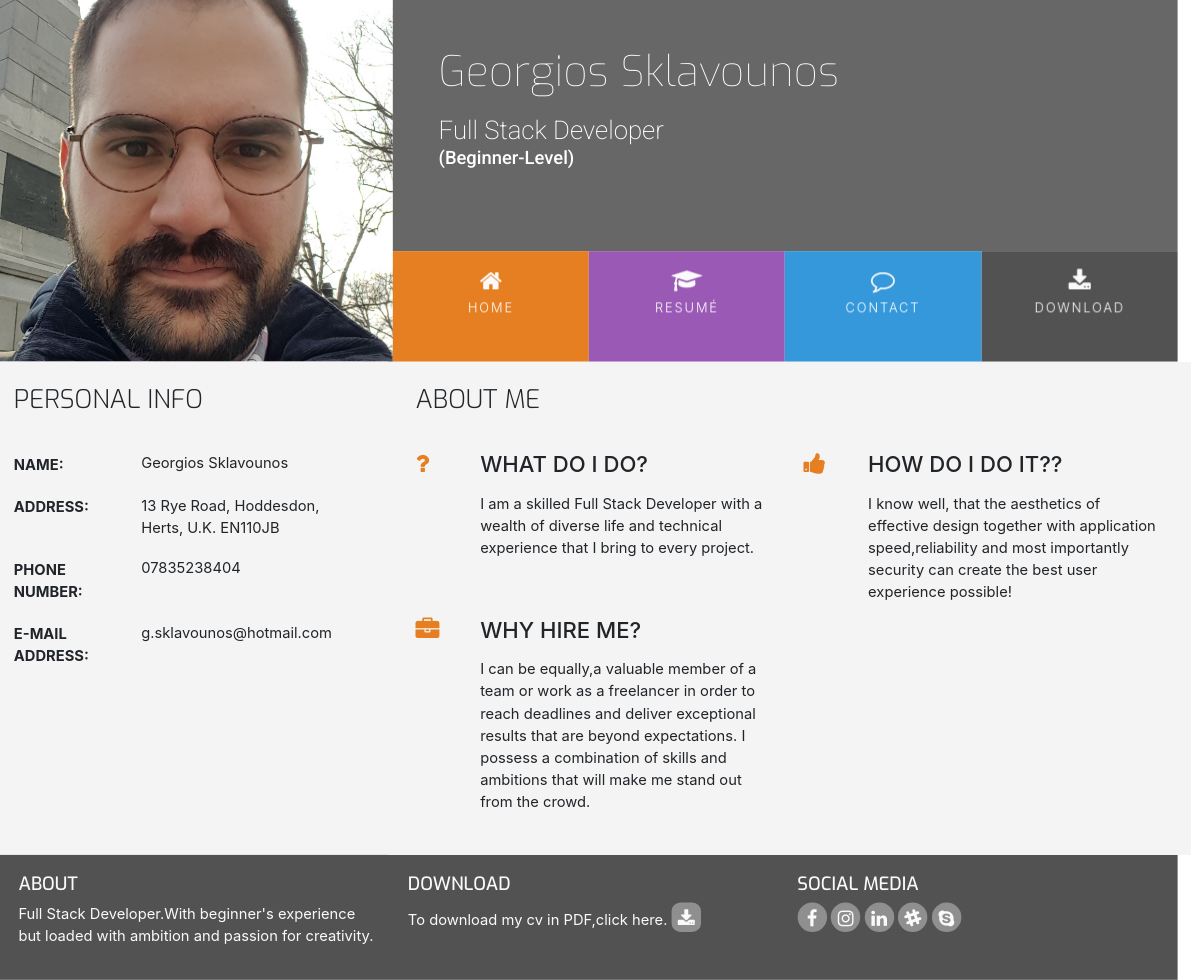
Repository: GeorgiosSklav/MyResume
Page: index.html
The author's editor kept a record of every edit. The page is drawn from the files as they stood at one moment, then again after the next edit.
The browser window is 1280 px wide. The page is 1295 px wide, so the pictures cover 1295 px, including what lies to the right of the window. The pictures show the whole page, at 92% of full size.

Above is the page before.

After the next edit:
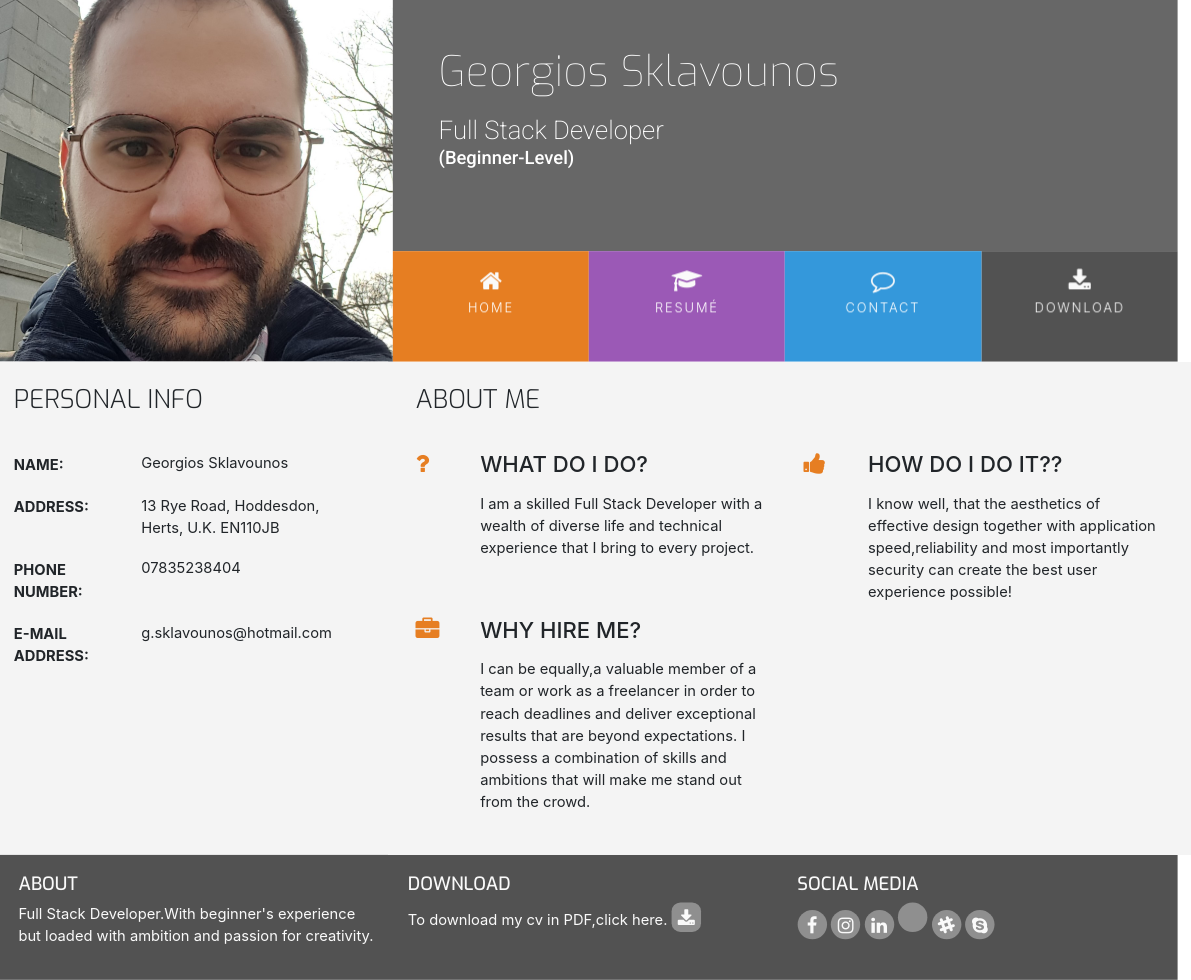
The edit:
--- a/index.html
+++ b/index.html
@@ -171,6 +171,12 @@
                         </a>
                     </li>
                     <li class="list-inline-item">
+                        <a target="_blank" href="https://www.linkedin.com/in/george-sklavounos/">
+                            <i class="fa fa-git-hub"></i>
+                            <span class="sr-only">GitHub</span>
+                        </a>
+                    </li>
+                    <li class="list-inline-item">
                         <a target="_blank" href="https://app.slack.com/client/T0L30B202/DM2THR46Q/user_profile/ULRV111M0">
                             <i class="fa fa-slack"></i>
                             <span class="sr-only">Slack</span>
